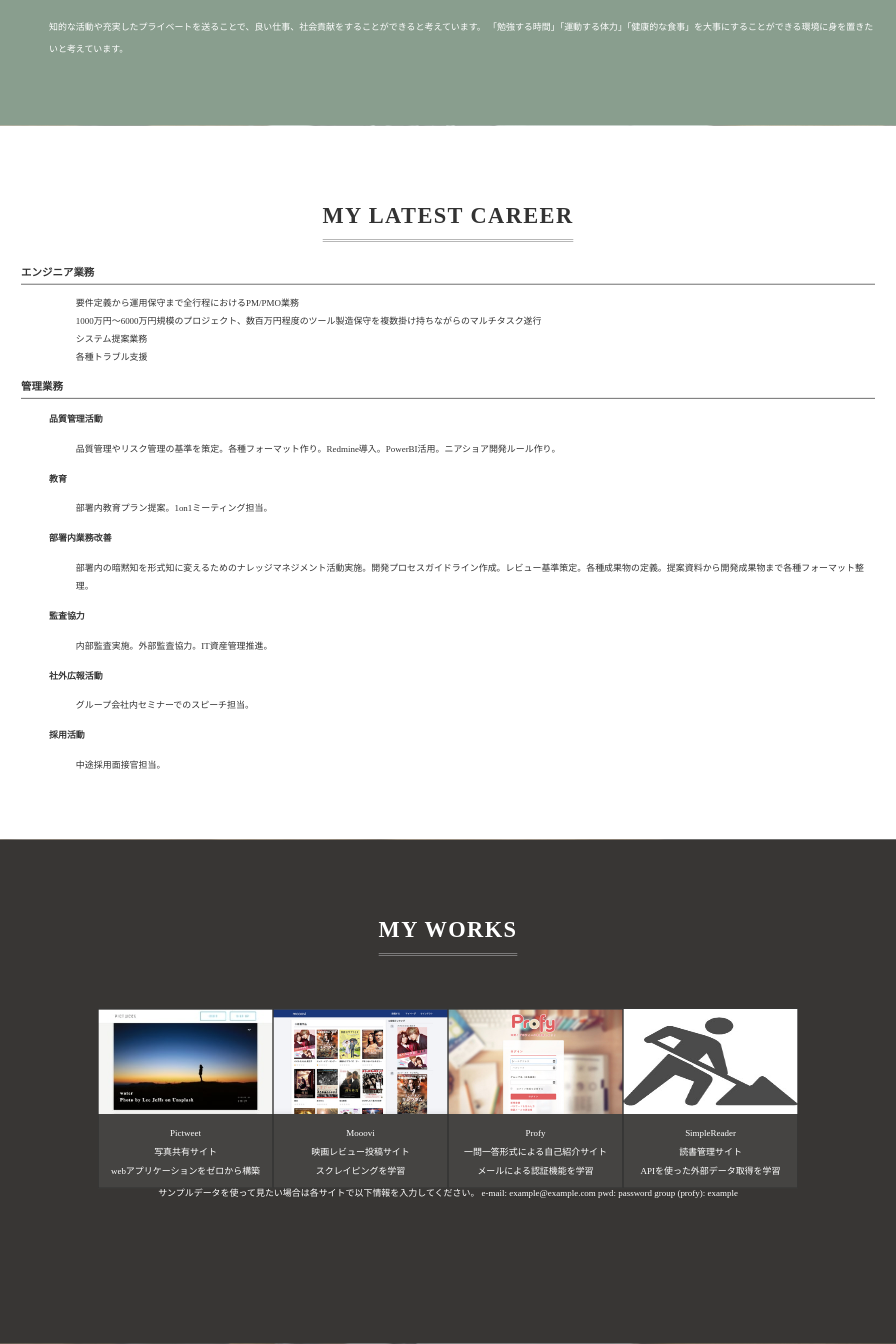
Repository: dackelteckel/myworks
Page: index.html
The author's editor kept a record of every edit. The page is drawn from the files as they stood at one moment, then again after the next edit.
The browser window is 1280 px wide. The pictures show the part of the page from y = 1278 to 3198 px (the page is 3198 px tall), at 70% of full size.
Backgrounds fixed to the window are drawn as part of the page.

Above is the page before.

### index.html
<!DOCTYPE html>
<html>

<head>
  <meta charset="UTF-8">
  <title>Who I am...</title>
  <link rel="stylesheet" href="normalize.css">
  <link rel="stylesheet" href="style.css">
  <link rel="stylesheet" href="responsive.css">

  <!--<script type="text/javascript" charset="UTF-8">-->
  <!--  $('#contact-form').submit(function(event){-->
      <!--//submit実行を止める-->
  <!--    event.preventDefault();-->
  <!--    var $form = $(this);-->
  <!--    var $button = $form.find('.send-btn');-->
  <!--    $.ajax({-->
  <!--      url:$form.attr('action'),-->
  <!--      type:$form.attr('method'),-->
  <!--      data: $form.serialize(),-->
        <!--//10秒でタイムアウト-->
  <!--      timeout:10000,-->
        <!--//重複送信を避けるためにボタンを無効化-->
  <!--      beforeSend: function(xhr, settings) {-->
  <!--          $button.attr('disabled', true);-->
  <!--      },-->
        <!--//完了後ボタンを押せるように-->
  <!--      complete: function(xhr, textStatus) {-->
  <!--          $button.attr('disabled', false);-->
  <!--      }-->
  <!--    }).done(function(data, textStatus, jqXHR){-->
        <!--// 成功時の処理-->
        <!--//フォームを初期化-->
  <!--      $form[0].reset();-->
  <!--      $(".contact-result").text(data);-->
  <!--      $(".contact-result").slideToggle(200);-->
  <!--      $(".contact-result").delay(3000).slideToggle(200);-->
  <!--    }).fail(function(jqXHR, textStatus, errorThrown){-->
        <!--失敗時の処理-->
  <!--      $(".contact-result").text("エラーが発生しました。ステータス：" + jqXHR.status);-->
  <!--      $(".contact-result").slideToggle(200);-->
  <!--      $(".contact-result").delay(3000).slideToggle(200);-->
  <!--    });-->
  <!--  });-->
  <!--</script>-->
</head>

<body>
  <header class="header">
    <p class="site-title-sub">----- my portfolio -----</p>
    <h1 class="site-title">Who I am...</h1>
    <p class="site-description">check out my career and some of my works.</p>
    <div class="buttons">
      <a class="button" href="#reasons">WHAT I'M LOOKING FOR</a>
      <a class="button" href="#career">LATEST CAREER</a>
      <a class="button" href="#works">MY WORKS</a>
      <!--<a class="button button-orange" href="#contact">SEND MESSAGE</a>-->
      <a class="button button-orange" href="mailto:nrkktok@gmail.com">Drop Me a LINE</a>
    </div>
  </header>

  <section class="reasons" id="reasons">
    <h2 class="heading">3 REASONS WHY I'M LOOKING FOR A NEW JOB</h2>
    <dev class="reasons-text">
<!--第一の基準は、学べることが多い仕事をすることでした。-->
<!--その仕事をすることで、長期的に自分を成長させることができるのか、ということです。-->
<!--第二の基準は、仕事以外の優先事項にも取り組めることでした。-->
<!--知的な活動や充実したプライベート、自由な暮らしを続けられるのか、ということです。-->
<!--そして第三の基準は、自分が幸福になれる仕事をすることでした。-->
<!--不満を抱えながら、いい仕事をすることはできないと考えています-->
      <h3>職場環境</h3>
      <ul>
        <li>
          同僚同士お互いを尊重し、協力しあうことができる健やかな組織で働きたいと考えています。
        </li>
      </ul>
      <h3>学び</h3>
      <ul>
        <li>
          <p>
            長年PM業務に携わってきており、チームメンバーが成果を出すためのサポートをするPM業務にはやりがいを感じています。
          </p>
          <p>
            現職では金融機関で使われる小中規模システム開発を行っていますが、
            残念ながら業務知識不要・レガシー技術メインのツール開発が殆どであることから、
            現在の仕事を続けることで長期的に自分を成長させることができるのか、疑問を持つようになってきました。
          </p>
          <p>
          「この疑問を解消し、少しでもIT業務で価値ある存在でありたい」という気持ちと、
          「チームをリードする業務を行っている中でも現在に通用する技術・PG知識は必要」という考えから、
          2019年12月よりWebアプリケーション作りを行うスクールに通い始めました。
          </p>
          <p>
            成果物を<a href="#works">MY WORKS</a>で公開していますので、よろしければ御覧ください。
            Webアプリケーション開発における現在の私のPG能力・知識レベルを知って頂く目安にはなると思います。
          </p>
        </li>
      </ul>
      <h3>ライフワークバランス</h3>
      <ul>
        <li>
          <p>
            知的な活動や充実したプライベートを送ることで、良い仕事、社会貢献をすることができると考えています。
          「勉強する時間」「運動する体力」「健康的な食事」を大事にすることができる環境に身を置きたいと考えています。
          </p>
        </li>
      </ul>
    </dev>
  </section>

  <section class="career" id="career">
    <h2 class="heading">MY LATEST CAREER</h2>
    <dev class="career-text">
      <h3>エンジニア業務</h3>
      <ul>
        <li>要件定義から運用保守まで全行程におけるPM/PMO業務</li>
        <li>1000万円〜6000万円規模のプロジェクト、数百万円程度のツール製造保守を複数掛け持ちながらのマルチタスク遂行</li>
        <Li>システム提案業務</Li>
        <Li>各種トラブル支援</Li>
      </ul>
      <h3>管理業務</h3>
      <ul>
        <h4>品質管理活動</h4>
        <li>品質管理やリスク管理の基準を策定。各種フォーマット作り。Redmine導入。PowerBI活用。ニアショア開発ルール作り。</li>
        <h4>教育</h4>
        <li>部署内教育プラン提案。1on1ミーティング担当。</li>
        <h4>部署内業務改善</h4>
        <li>部署内の暗黙知を形式知に変えるためのナレッジマネジメント活動実施。開発プロセスガイドライン作成。レビュー基準策定。各種成果物の定義。提案資料から開発成果物まで各種フォーマット整理。</li>
        <h4>監査協力</h4>
        <li>内部監査実施。外部監査協力。IT資産管理推進。</li>
        <h4>社外広報活動</h4>
        <li>グループ会社内セミナーでのスピーチ担当。</li>
        <h4>採用活動</h4>
        <li>中途採用面接官担当。</li>
      </ul>
    </dev>
  </section>

  <section class="works" id="works">
    <h2 class="heading">MY WORKS</h2>
    <div class="works-wrapper">
      <div class="work-box">
        <a href="https://dackelteckelpictweet.herokuapp.com/" target="_blank" rel="noopener noreferrer"><img class="work-image" src="images/pictweet.jpg"></a>
        <div class="work-description">
          <p>Pictweet<p>
          <p>写真共有サイト</p>
          <p>webアプリケーションをゼロから構築</p>
        </div>
      </div>

      <div class="work-box">
        <a href="https://dackelteckelmooovi.herokuapp.com/" target="_blank" rel="noopener noreferrer"><img class="work-image" src="images/mooovi.jpg"></a>
        <div class="work-description">
          <p>Mooovi<p>
          <p>映画レビュー投稿サイト</p>
          <p>スクレイピングを学習</p>
        </div>
      </div>

      <div class="work-box">
        <a href="https://dackelteckelprofy.herokuapp.com/" target="_blank" rel="noopener noreferrer"><img class="work-image" src="images/profy.jpg"></a>
        <div class="work-description">
          <p>Profy<p>
          <p>一問一答形式による自己紹介サイト</p>
          <p>メールによる認証機能を学習</p>
        </div>
      </div>
      <div class="work-box">
        <!--<img class="work-image" src="images/wip.jpeg" height="50" width="50">-->
        <img class="work-image" src="images/wip.jpeg" width="10" height="150">
        <div class="work-description">
          <p>SimpleReader<p>
          <p>読書管理サイト</p>
          <p>APIを使った外部データ取得を学習</p>
        </div>
      </div>
    </div>
    サンプルデータを使って見たい場合は各サイトで以下情報を入力してください。
    e-mail: example@example.com
    pwd: password
    group (profy): example
  </section>

  <!--<section class="contact" id="contact">-->
    <!--<h2 class="heading">DROP ME A LINE</h2>-->
    <!--<form class="contact-form" id="contact-form" action="contact.php" method="post">-->
    <!--  <input type="text" name="name" placeholder="NAME" required>-->
    <!--  <input type="email" name="email" placeholder="E-MAIL ADDRESS" required>-->
    <!--  <textarea name="message" placeholder="MESSAGE"></textarea>-->
    <!--  <textarea type="text" name="message" placeholder="MESSAGE" required></textarea>-->
    <!--  <input type="submit" value="SEND" class="send-btn" id="submit">-->
    <!--  <input type="submit" value="SEND" class="send-btn" id="submit">-->
    <!--</form>-->
  <!--</section>-->
</body>
</html>

### style.css
* {
  box-sizing: border-box;
  list-style: none;
}

body {
  color: #fff;
  text-align: center;
  font-size: 0.8rem;
  background: url('images/bg.jpg') fixed;
  background-size: cover;
}

.header {
  padding: 170px 30px 80px;
  /*height: 100vh;*/
  background-color: rgba(0, 0, 128, 0.8);
}

.site-title-sub {
  margin: 0 0 30px;
  color: #888;
  letter-spacing: 1px;
  font-size: 1.2rem;
}

.site-title {
  margin: 50px;
  font-size: 3.5rem;
}

.site-description {
  margin-bottom: 75px;
  color: #888;
  font-size: 1.2rem;
}

.buttons {
  display: flex;
  justify-content: center;
  padding-bottom: 50px
}

.button {
  width: 200px;
  padding: 20px;
  margin: 10px;
  border-radius: 4px;
  background-color: #afa58d;
  color: #fff;
  text-decoration: none;
  letter-spacing: 1px;
  font-size: 0.7rem;
}

.button:hover {
  opacity: 0.9;
}

.button-orange {
  background-color: #f1b400;
}

.heading {
  display: inline-block;
  margin: 30px 0 15px;
  padding-bottom: 15px;
  letter-spacing: 2px;
  font-size: 2rem;
  border-bottom: double 4px #999;
}

.reasons {
  /*height: 100vh;*/
  /*background-color: #383634;*/
  background-color: rgb(137, 158, 142);
  padding: 80px 30px;
  /*color: #333;  */
}

.reasons-text {
  text-align: left;
  width: 600px;
  margin: 30px auto;
  line-height: 2.5;
}

.reason-text h3 {
  padding-top: 20px;
}

/*.note:before {*/
/*  content: "*";*/
/*}*/

.career {
  /*height: 100vh;*/
  background-color: #ffffff;
  padding: 80px 30px;
  color: #333;
}

.career-text {
  text-align: left;
  width: 600px;
  margin: 30px auto;
  line-height: 2;
}

.career-text h3 {
  border-bottom: 1px solid #333;
}

.career-text li {
  padding-left: 3em;
}

.works {
  height: 100vh;
  background-color: #383634;
  padding: 80px 0 10px;
}

.works-wrapper {
  display: table;
  /*width: 860px;*/
  width: 1000px;
  margin: 60px auto 0;
  table-layout: fixed;
}

.work-box {
  display: table-cell;
  background-color: rgba(100, 100, 100, 0.3);
  border: 1px solid #333;
}

.work-image {
  display: block;
  width: 100%;
}

.work-description {
  margin: 20px 0;
  height: 65px;
}

/*.work-description .button {*/
/*  width: 60%;*/
/*  margin-top: 20px;*/
/*  padding: 3px;*/
/*  display: inline-block;*/
}

.sample-data-info {
  text-align: left;
}

.button-ghost {
  border: 2px solid #fff;
  background-color: rgba(255, 255, 255, 0.15);
}

.contact {
  height: 100vh;
  background-color: rgba(0, 0, 128, 0.8);
  padding: 80px 0 150px;
}


.contact-form {
  width: 50%;
  margin: 50px auto 0;
}

.contact-form input[type=text], .contact-form input[type=email], .contact-form textarea {
  display: block;
  width: 100%;
  margin-bottom: 10px;
  padding: 15px;
  outline: none;
  border: 1px solid rgba(255, 255, 255, 0.8);
  border-radius: 0;
  color: #333;
}

.contact-form textarea {
  height: 150px;
}

.contact-form input[type=submit] {
  display: block;
  width: 200px;
  margin: 40px auto 0;
  padding: 15px;
  border: 1px solid rgba(255, 255, 255, 0.8);
  border-radius: 5px;
  background-color: transparent;
  color: #fff;
  cursor: pointer;
}

.contact-form input[type=submit]:hover {
  background-color: rgba(255, 255, 255, 0.05);
}

Loaded but not shown: normalize.css (library); responsive.css (no copy from this time; the picture is the same without it)

After the next edit:
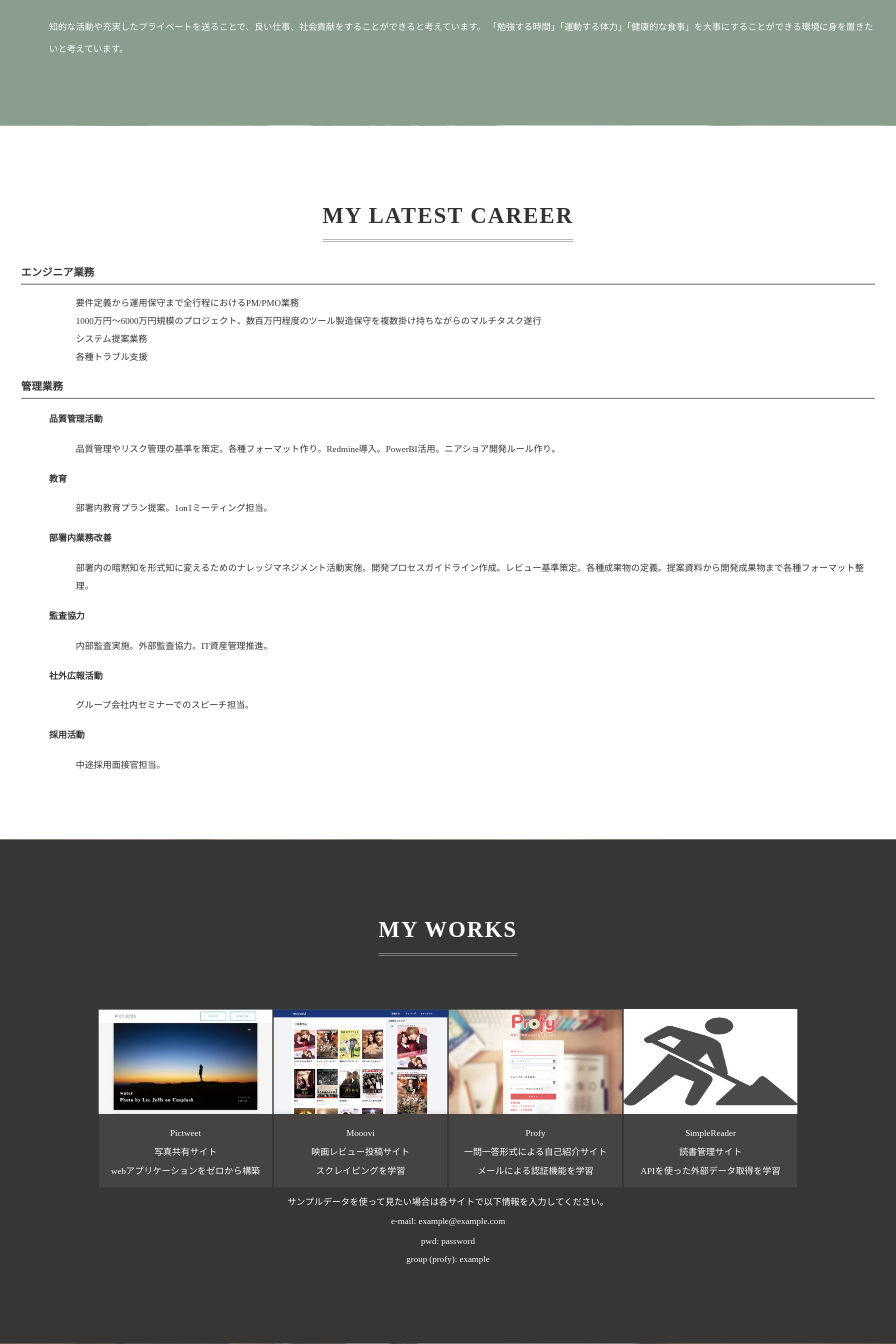
The edit:
--- a/index.html
+++ b/index.html
@@ -175,10 +175,10 @@
         </div>
       </div>
     </div>
-    サンプルデータを使って見たい場合は各サイトで以下情報を入力してください。
-    e-mail: example@example.com
-    pwd: password
-    group (profy): example
+    <p>サンプルデータを使って見たい場合は各サイトで以下情報を入力してください。</p>
+    <o>e-mail: example@example.com</o>
+    <p>pwd: password</p>
+    <p>group (profy): example</p>
   </section>
 
   <!--<section class="contact" id="contact">-->
